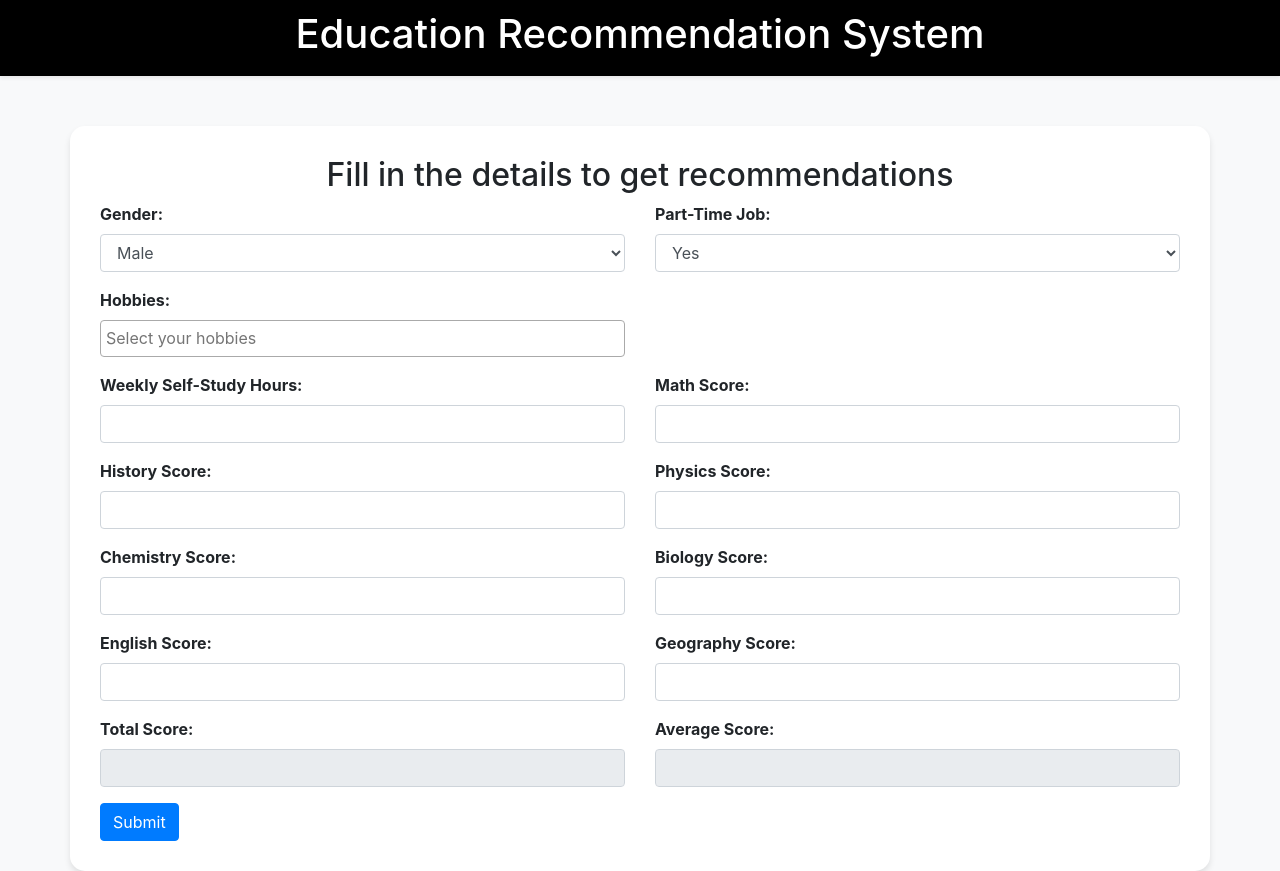
Repository: Srikeerthi05/Smart-career-guidance-system
Page: http://localhost/recommend
These files come from the project's save history. The page is drawn as it stood at one moment and after a run of saves; the edit follows.
The browser window is 1280 px wide. The pictures show the whole page.
Some web libraries are served in a nearby version. The page is served by the project's application, run on Flask 3 (app.py).

Above is the page before, as saved 2025-06-01 23:07:07.

### templates/recommend.html

<!DOCTYPE html>
<html lang="en">
<head>
    <!-- Include jQuery -->
<script src="https://code.jquery.com/jquery-3.6.0.min.js"></script>

<!-- Include Select2 CSS & JS -->
<link href="https://cdn.jsdelivr.net/npm/select2@4.1.0-rc.0/dist/css/select2.min.css" rel="stylesheet" />
<script src="https://cdn.jsdelivr.net/npm/select2@4.1.0-rc.0/dist/js/select2.min.js"></script>

    <meta charset="UTF-8">
    <meta name="viewport" content="width=device-width, initial-scale=1.0">
    <title>Studies Recommendation</title>
    <link rel="stylesheet" href="https://maxcdn.bootstrapcdn.com/bootstrap/4.5.2/css/bootstrap.min.css">
    <style>
        body {
            background-color: #f8f9fa;
        }

        .container {
            margin-top: 50px;
            border-radius: 15px;
            box-shadow: 0 4px 6px rgba(0, 0, 0, 0.1);
            padding: 30px;
            background-color: #fff;
        }

        .form-group label {
            font-weight: bold;
        }
    </style>
    <script>
        function calculateScores() {
            var mathScore = parseFloat(document.getElementById("math_score").value);
            var historyScore = parseFloat(document.getElementById("history_score").value);
            var physicsScore = parseFloat(document.getElementById("physics_score").value);
            var chemistryScore = parseFloat(document.getElementById("chemistry_score").value);
            var biologyScore = parseFloat(document.getElementById("biology_score").value);
            var englishScore = parseFloat(document.getElementById("english_score").value);
            var geographyScore = parseFloat(document.getElementById("geography_score").value);

            var totalScore = mathScore + historyScore + physicsScore + chemistryScore + biologyScore + englishScore + geographyScore;
            var averageScore = totalScore / 7;

            document.getElementById("total_score").value = totalScore.toFixed(2);
            document.getElementById("average_score").value = averageScore.toFixed(2);
        }
    </script>
</head>
<body>
<div class="mynav shadow-sm" style="background:black; color:white;font-weight:bold; padding:10px;width:100%;">
        <h1 class="text-center">Education Recommendation System</h1>
    </div>
<div class="container">
    <h2 class="text-center">Fill in the details to get recommendations</h2>
    <form method="post" action="/pred">
        <div class="row">
            <div class="col-md-6">
                <div class="form-group">
                    <label for="gender">Gender:</label>
                    <select class="form-control" id="gender" name="gender">
                        <option value="male">Male</option>
                        <option value="female">Female</option>
                    </select>
                </div>
            </div>
            <div class="col-md-6">
                <div class="form-group">
                    <label for="part_time_job">Part-Time Job:</label>
                    <select class="form-control" id="part_time_job" name="part_time_job">
                        <option value="true">Yes</option>
                        <option value="false">No</option>
                    </select>
                </div>
            </div>
        </div>
        <div class="row">

            <div class="col-md-6">
                <div class="form-group">
                    <label for="hobbies">Hobbies:</label>
                    <select class="form-control" id="hobbies" name="hobbies" multiple>
                         <option value="coding">Coding</option>
                        <option value="writing">Writing</option>
                        <option value="drawing">Drawing</option>
                        <option value="sports">Sports</option>
                        <option value="music">Music</option>
                        <option value="public_speaking">Public Speaking</option>
                        <option value="gaming">Gaming</option>
                        <option value="photography">Photography</option>
                    </select>
                </div>
            </div>
        </div>
        <div class="row">
            <div class="col-md-6">
                <div class="form-group">
                    <label for="weekly_self_study_hours">Weekly Self-Study Hours:</label>
                    <input type="number" class="form-control" id="weekly_self_study_hours" name="weekly_self_study_hours">
                </div>
            </div>
            <div class="col-md-6">
                <div class="form-group">
                    <label for="math_score">Math Score:</label>
                    <input type="number" class="form-control" id="math_score" name="math_score" onchange="calculateScores()">
                </div>
            </div>
        </div>
        <div class="row">
            <div class="col-md-6">
                <div class="form-group">
                    <label for="history_score">History Score:</label>
                    <input type="number" class="form-control" id="history_score" name="history_score" onchange="calculateScores()">
                </div>
            </div>
            <div class="col-md-6">
                <div class="form-group">
                    <label for="physics_score">Physics Score:</label>
                    <input type="number" class="form-control" id="physics_score" name="physics_score" onchange="calculateScores()">
                </div>
            </div>
        </div>
        <div class="row">
            <div class="col-md-6">
                <div class="form-group">
                    <label for="chemistry_score">Chemistry Score:</label>
                    <input type="number" class="form-control" id="chemistry_score" name="chemistry_score" onchange="calculateScores()">
                </div>
            </div>
            <div class="col-md-6">
                <div class="form-group">
                    <label for="biology_score">Biology Score:</label>
                    <input type="number" class="form-control" id="biology_score" name="biology_score" onchange="calculateScores()">
                </div>
            </div>
        </div>
        <div class="row">
            <div class="col-md-6">
                <div class="form-group">
                    <label for="english_score">English Score:</label>
                    <input type="number" class="form-control" id="english_score" name="english_score" onchange="calculateScores()">
                </div>
            </div>
            <div class="col-md-6">
                <div class="form-group">
                    <label for="geography_score">Geography Score:</label>
                    <input type="number" class="form-control" id="geography_score" name="geography_score" onchange="calculateScores()">
                </div>
            </div>
        </div>
        <div class="row">
            <div class="col-md-6">
                <div class="form-group">
                    <label for="total_score">Total Score:</label>
                    <input type="number" class="form-control" id="total_score" name="total_score" readonly>
                </div>
            </div>
            <div class="col-md-6">
                <div class="form-group">
                    <label for="average_score">Average Score:</label>
                    <input type="number" step="0.000001" class="form-control" id="average_score" name="average_score" readonly>
                </div>
            </div>
        </div>
        <!-- Add more form fields here as needed -->

        <button type="submit" class="btn btn-primary">Submit</button>
    </form>
</div>
<script>
  $(document).ready(function() {
    $('#hobbies').select2({
      placeholder: "Select your hobbies",
      allowClear: true
    });
  });
</script>


</body>
</html>

### app.py
# pip install scikit-learn==1.3.2
# pip install numpy
# pip install flask


# load packages==============================================================
from flask import Flask, render_template, request
import pickle
import numpy as np

app = Flask(__name__)

# Load the scaler, label encoder, model, and class names=====================
scaler = pickle.load(open("scaler.pkl", 'rb'))
model = pickle.load(open("model.pkl", 'rb'))
class_names = ['Lawyer', 'Doctor', 'Government Officer', 'Artist',
               'Software Engineer', 'Teacher', 'Business Owner', 'Scientist',
               'Banker', 'Writer', 'Accountant', 'Designer',
               'Construction Engineer', 'Game Developer', 'Stock Investor',
               'Real Estate Developer']

# Recommendations ===========================================================
def Recommendations(gender, part_time_job, absence_days, extracurricular_activities,
                    weekly_self_study_hours, math_score, history_score, physics_score,
                    chemistry_score, biology_score, english_score, geography_score,
                    total_score, average_score):
    # Encode categorical variables
    gender_encoded = 1 if gender.lower() == 'female' else 0
    part_time_job_encoded = 1 if part_time_job else 0
    extracurricular_activities_encoded = 1 if extracurricular_activities else 0

    # Create feature array
    feature_array = np.array([[gender_encoded, part_time_job_encoded, absence_days, extracurricular_activities_encoded,
                               weekly_self_study_hours, math_score, history_score, physics_score,
                               chemistry_score, biology_score, english_score, geography_score, total_score,
                               average_score]])

    # Scale features
    scaled_features = scaler.transform(feature_array)

    # Predict using the model
    probabilities = model.predict_proba(scaled_features)

    # Get top five predicted classes along with their probabilities
    top_classes_idx = np.argsort(-probabilities[0])[:3]
    top_classes_names_probs = [(class_names[idx], probabilities[0][idx]) for idx in top_classes_idx]

    return top_classes_names_probs



@app.route('/')
def home():
    return render_template('home.html')

@app.route('/recommend')
def recommend():
    return render_template('recommend.html')

@app.route('/pred', methods=['POST','GET'])
def pred():
    if request.method == 'POST':
        gender = request.form['gender']
        part_time_job = request.form['part_time_job'] == 'true'
        absence_days = int(request.form['absence_days'])
        hobbies = request.form.getlist('hobbies')
        weekly_self_study_hours = int(request.form['weekly_self_study_hours'])
        math_score = int(request.form['math_score'])
        history_score = int(request.form['history_score'])
        physics_score = int(request.form['physics_score'])
        chemistry_score = int(request.form['chemistry_score'])
        biology_score = int(request.form['biology_score'])
        english_score = int(request.form['english_score'])
        geography_score = int(request.form['geography_score'])
        total_score = float(request.form['total_score'])
        average_score = float(request.form['average_score'])

        hobbies_flag=True if hobbies else False
        recommendations = Recommendations(gender, part_time_job, absence_days,hobbies,
                                          weekly_self_study_hours, math_score, history_score, physics_score,
                                          chemistry_score, biology_score, english_score, geography_score,
                                          total_score, average_score)

        return render_template('results.html', recommendations=recommendations)
    return render_template('home.html')


if __name__ == '__main__':
    app.run(debug=True)

After the next 3 saves:
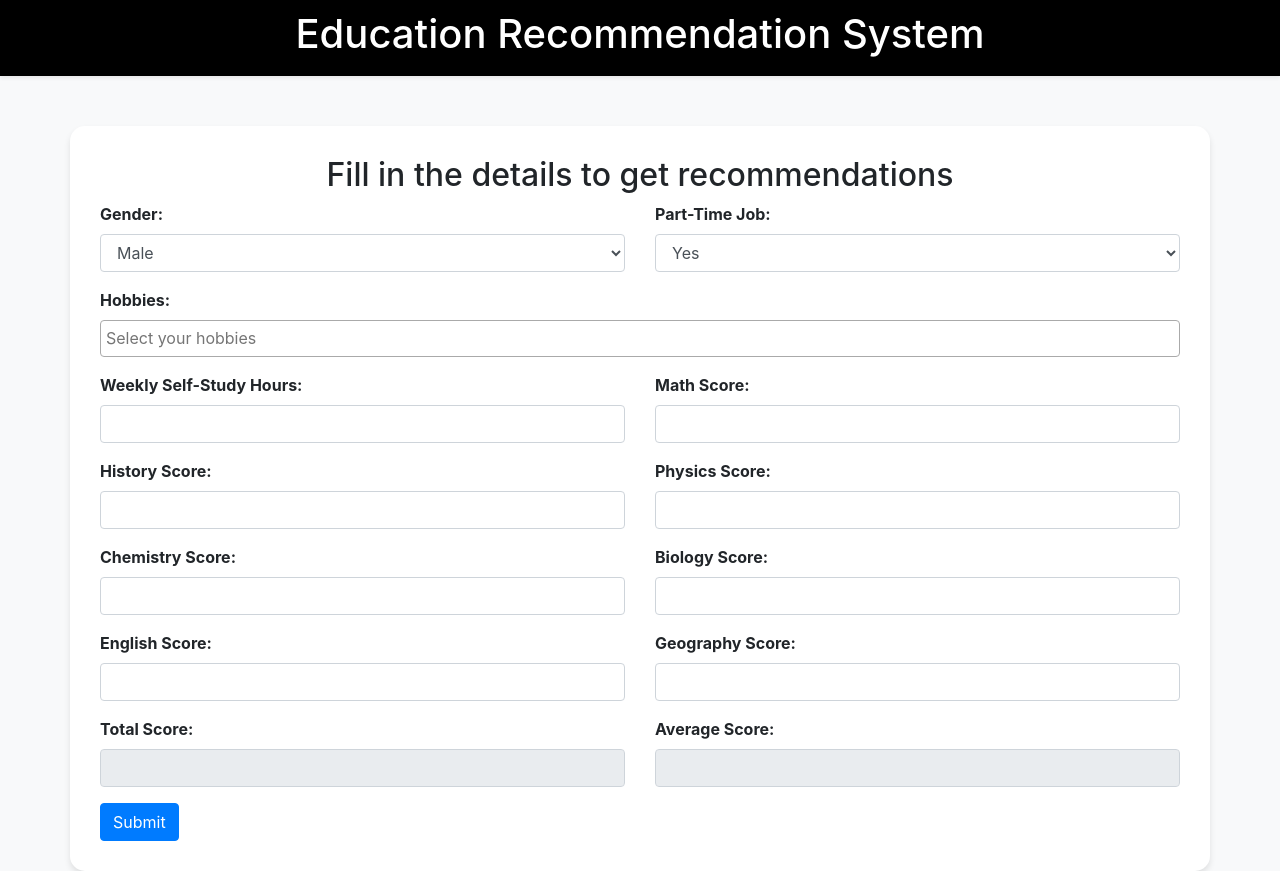
The 3 saves are shown as one change because they came seconds apart.
The last was saved 41 s later.
--- a/templates/recommend.html
+++ b/templates/recommend.html
@@ -77,7 +77,7 @@
         </div>
         <div class="row">
 
-            <div class="col-md-6">
+            <div class="col-md-12">
                 <div class="form-group">
                     <label for="hobbies">Hobbies:</label>
                     <select class="form-control" id="hobbies" name="hobbies" multiple>
